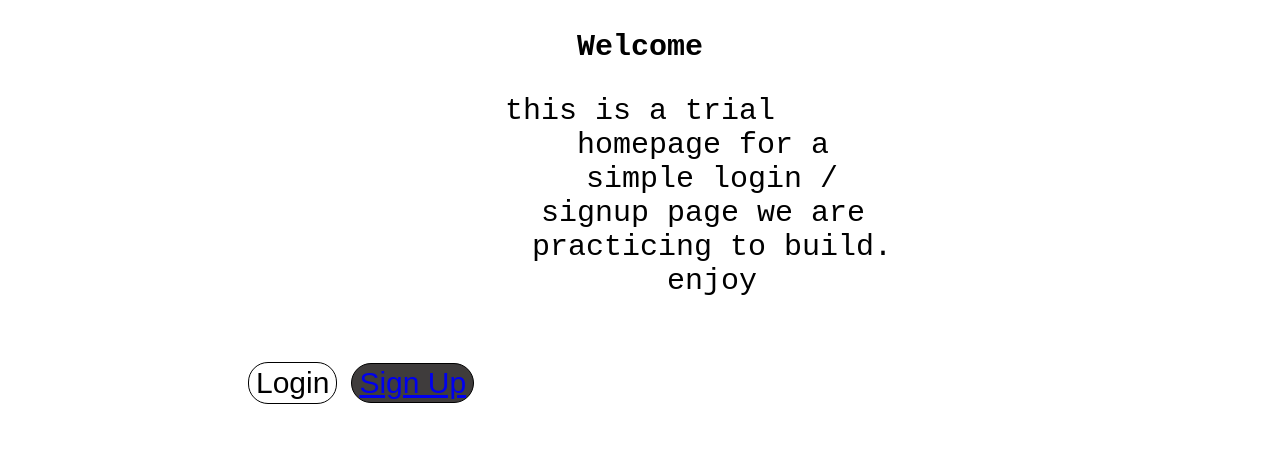
Repository: yhung004/TUTORIAL_PAGE
Page: home.html
An editor plug-in stored every save of this project. The page is shown before and after the next save, followed by the edit.
The browser window is 1280 px wide. The pictures show the whole page.

Above is the page before, as saved 2024-04-10 01:39:11.

### home.html
<!DOCTYPE html>
<html lang="en">
<head>
    <meta charset="UTF-8">
    <meta name="viewport" content="width=device-width, initial-scale=1.0">
    <title>Document</title>
    <link rel="stylesheet" href="main.css">
</head>
<body>
    <h3 class="welcome">Welcome</h3>
    <pre class="welcome_text">this is a trial
        homepage for a
        simple login /
        signup page we are
        practicing to build.
        enjoy
    </pre>
    <button class="button_a">
        Login
    </button>
    <button class="button_b">
        <a href="#">Sign Up</a>
    </button>
</body>
</html>

### main.css
.welcome{
    text-align: center;
    font-family: 'Courier New', Courier, monospace;
    font-size: 30px;
}
.welcome_text {
    text-align:center;
    font-family: 'Courier New', Courier, monospace;
    font-size: 30px;
}
.button_a {
    position: relative;
    margin: 0 -200px 0 240px;
    border: 1px solid black;
    background-color:white;
    border-radius: 20px;
    font-size: 30px;
    padding: 3px 7px 3px 7px;
}
.button_b {
    position: relative;
    margin: 0 -250px 0 210px;
    border : 1px solid black;
    border-radius: 20px;
    background-color: rgb(63, 60, 60);
    color:white;
    font-size: 30px;
    padding: 2px 7px 2px 7px;
}
a.button_b {
    text-decoration: none;
    color:white;
}

After the next save:
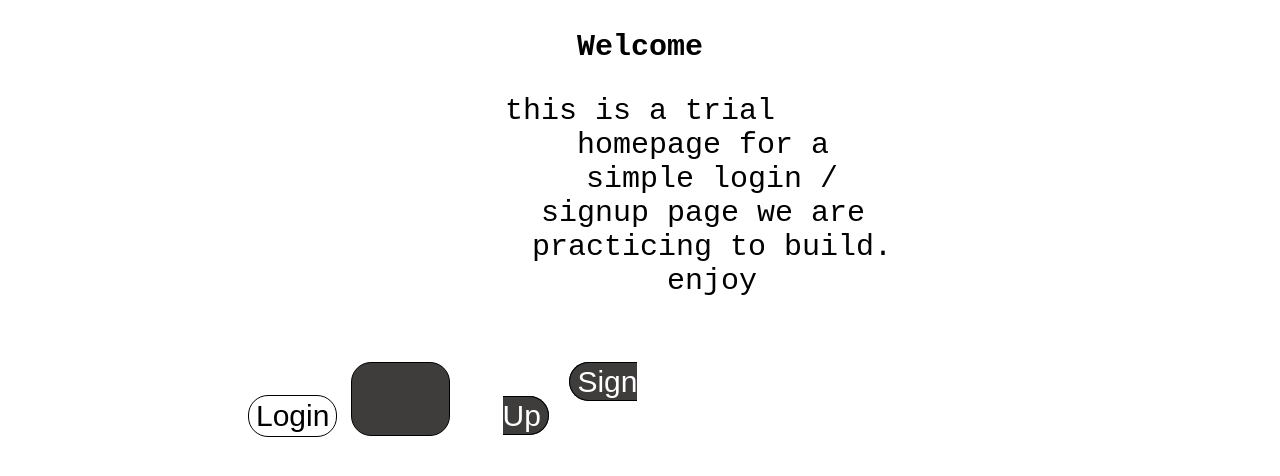
Saved 2 min 54 s later.
--- a/home.html
+++ b/home.html
@@ -19,7 +19,7 @@
         Login
     </button>
     <button class="button_b">
-        <a href="#">Sign Up</a>
+        <a href="#" class="button_b">Sign Up</a>
     </button>
 </body>
 </html>

After the save that followed:
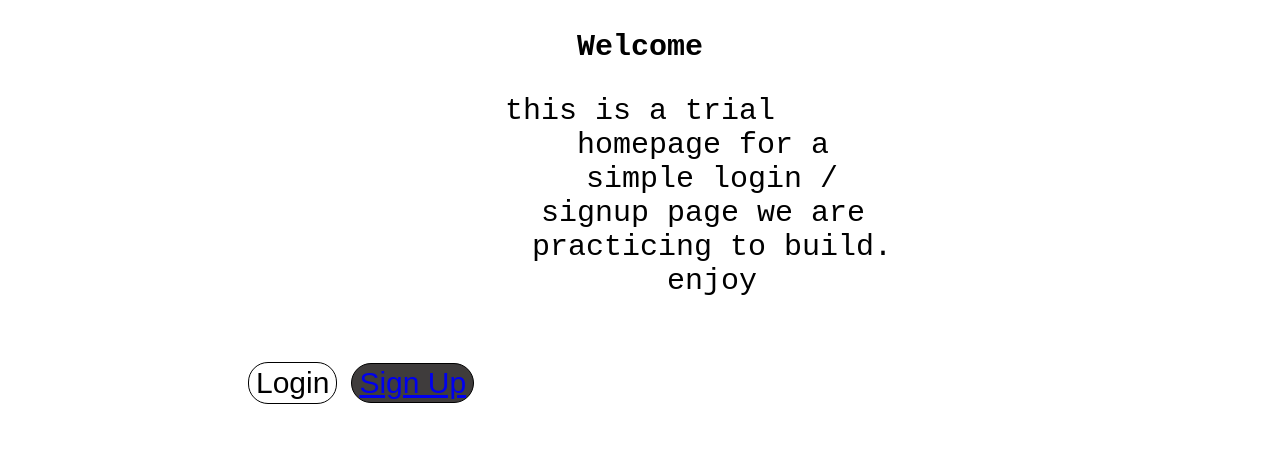
Saved 3 min 19 s later.
--- a/home.html
+++ b/home.html
@@ -19,7 +19,7 @@
         Login
     </button>
     <button class="button_b">
-        <a href="#" class="button_b">Sign Up</a>
+        <a href="#" class="button_b1">Sign Up</a>
     </button>
 </body>
 </html>
